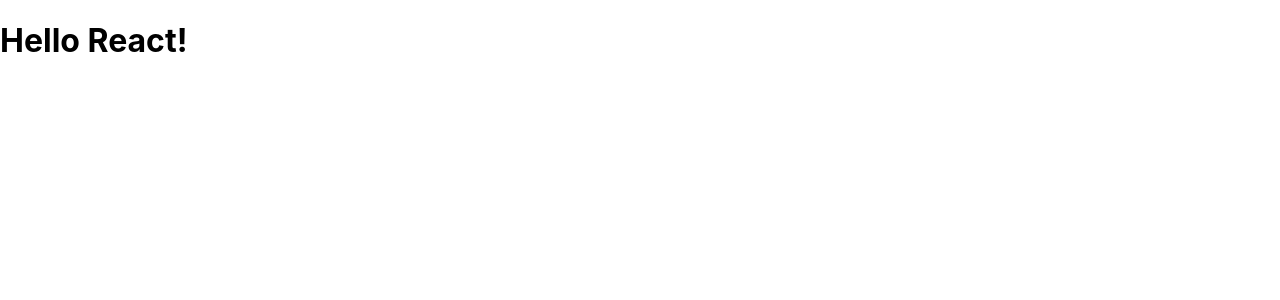
Repository: CarlosEduardoVdeOliveira/cine-tag
Page: /
The author's editor kept a copy of each file at every save. The page is drawn from the files as they stood at one save, then again after the next save.
The browser window is 1280 px wide. The pictures show the whole page.
The project was rebuilt for these pictures with package versions that can differ from the ones it lists, and the page was loaded fresh each time.

Above is the page before, as saved 2023-09-15 13:58:47.

### public/index.html
<!DOCTYPE html>
<html lang="en">
  <head>
    <meta charset="utf-8" />
    <link rel="icon" href="%PUBLIC_URL%/logo.png" />
    <meta name="viewport" content="width=device-width, initial-scale=1" />
    <meta name="theme-color" content="#000000" />
    <meta
      name="description"
      content="Web site created using create-react-app"
    />
    <link rel="preconnect" href="https://fonts.googleapis.com">
    <link rel="preconnect" href="https://fonts.gstatic.com" crossorigin>
    <link href="https://fonts.googleapis.com/css2?family=Montserrat:wght@400;500;700&display=swap" rel="stylesheet">
    <title>Cine Tag</title>
  </head>
  <body>
    <noscript>You need to enable JavaScript to run this app.</noscript>
    <div id="root"></div>
  </body>
</html>

### src/index.js
import React from 'react';
import ReactDOM from 'react-dom/client';
import './index.css';
const root = ReactDOM.createRoot(document.getElementById('root'));
root.render(
  <React.StrictMode>
    <h1>Hello React!</h1>
  </React.StrictMode>
);

### src/index.css
:root{

}
body {
  margin: 0;
  font-family: -apple-system, BlinkMacSystemFont, 'Segoe UI', 'Roboto', 'Oxygen',
    'Ubuntu', 'Cantarell', 'Fira Sans', 'Droid Sans', 'Helvetica Neue',
    sans-serif;
  -webkit-font-smoothing: antialiased;
  -moz-osx-font-smoothing: grayscale;
}

code {
  font-family: source-code-pro, Menlo, Monaco, Consolas, 'Courier New',
    monospace;
}

After the next save:
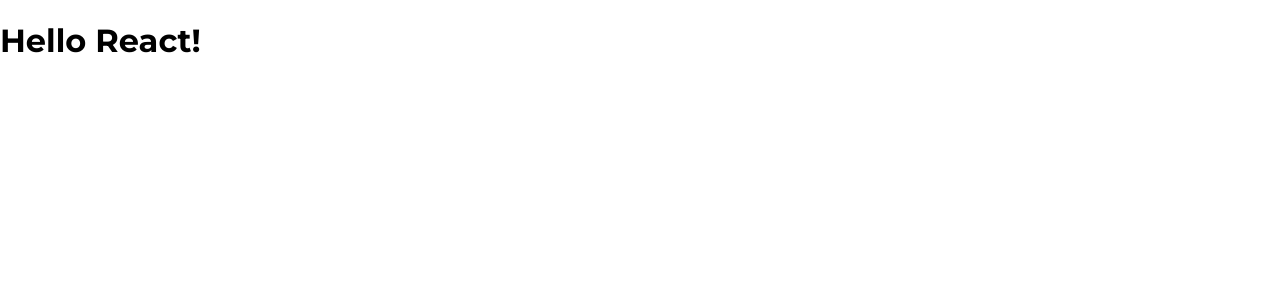
Saved 103 s later.
--- a/src/index.css
+++ b/src/index.css
@@ -1,11 +1,9 @@
 :root{
-
+  --fonte: 'montserrat', sans-serif
 }
 body {
   margin: 0;
-  font-family: -apple-system, BlinkMacSystemFont, 'Segoe UI', 'Roboto', 'Oxygen',
-    'Ubuntu', 'Cantarell', 'Fira Sans', 'Droid Sans', 'Helvetica Neue',
-    sans-serif;
+  font-family: var(--fonte);
   -webkit-font-smoothing: antialiased;
   -moz-osx-font-smoothing: grayscale;
 }
